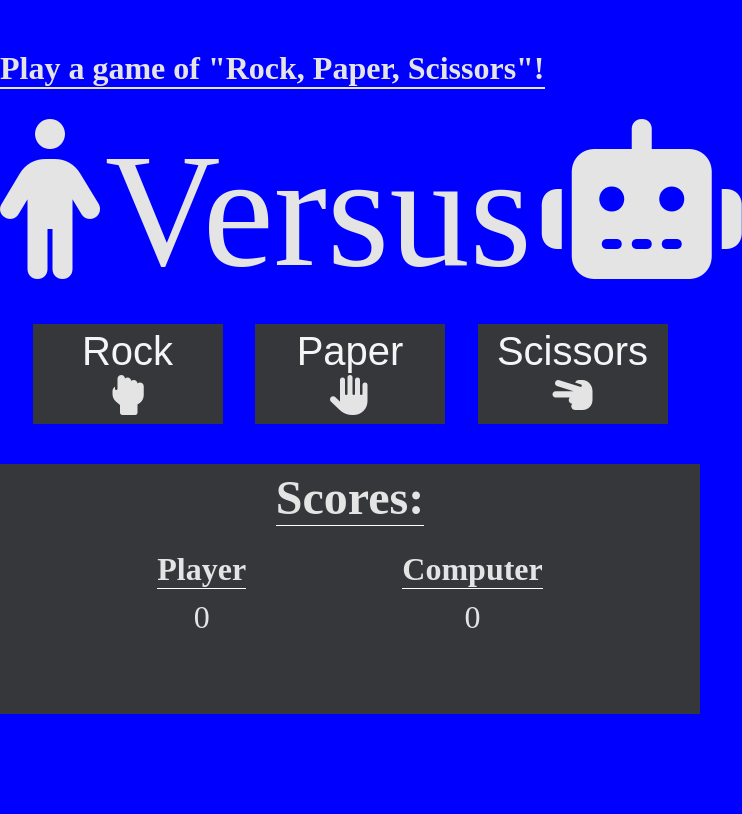
Repository: Pafestivo/rock-paper-scissors
Page: index.html
The author's editor kept a copy of each file at every save. The page is drawn from the files as they stood at one save, then again after the next save.
The browser window is 375 px wide. The page is 742 px wide, so the pictures cover 742 px, including what lies to the right of the window. The pictures show the whole page.
Some web libraries are served in a nearby version.

Above is the page before, as saved 2022-10-15 14:21:06.

### index.html
<!DOCTYPE html>
<html lang="en">
<head>
  <meta charset="UTF-8">
  <meta name="viewport" content="width=device-width, initial-scale=1.0">
  <link rel="stylesheet" href="styles.css">
  <script src="js-file.js" defer></script>
  <script src="https://kit.fontawesome.com/e2364af56b.js" crossorigin="anonymous"></script>
  <title>Rock, Paper, Scissors</title>
</head>
<body>

  <header>
    <h1>Play a game of "Rock, Paper, Scissors"!</h1>
  </header>
  <div id="versus">
    <i class="fa-solid fa-person"></i>
    <p>Versus</p>
    <i class="fa-solid fa-robot"></i>
  </div> <!-- /versus -->

  <div class="buttons">
    <button id="rock">
      Rock
      <i class="fa-solid fa-hand-back-fist"></i>
    </button>
    <button id="paper">
      Paper
      <i class="fa-solid fa-hand"></i>
    </button>
    <button id="scissors">
      Scissors
      <i class="fa-solid fa-hand-scissors"></i>
    </button>
  </div> <!-- /buttons -->


  <div id="results">

    <div class="scores">
      <h1 id="scores-header">Scores:</h1>
    </div> <!-- /scores -->

    <div class="columns">
      <div class="player">
        <h1 class="underline">Player</h1>
        <p id ="player-points" class="points">0</p>
      </div> <!-- /player-scores -->

      <div class="comp">
        <h1 class="underline">Computer</h1>
        <p id="computer-points" class="points">0</p>
      </div> <!-- /comp-scores -->
    </div><!-- /columns -->

  </div> <!-- /results -->

  <button id="play-again" class="hidden"><a href="https://pafestivo.github.io/rock-paper-scissors/">Play again</a></button>


</body>
</html>

### styles.css
* {
  margin: 0;
  padding: 0;
  box-sizing: border-box;
}

body {
  font-family: serif;
  background-image: url(images/background.jpg);
  color: rgb(228, 228, 228);
}

header {
  width: max-content;
  margin: 50px auto 30px auto;
  border-bottom: 2px solid rgb(228, 228, 228);
}

#versus {
  display: flex;
  width: 700px;
  font-size: 10rem;
  margin: 0 auto 20px auto;
  justify-content: space-evenly;
  color: rgb(228, 228, 228);
}

.fa-robot {
  margin-left: 10px;
  font-size: 10rem;
}

.fa-person {
  font-size: 10rem;
  margin-right: 5px;
}

.buttons {
  display: flex;
  width: 700px;
  margin: 0 auto;
  justify-content: space-evenly;
}

button {
  position: relative;
  width: 190px;
  height: 100px;
  background-color: #35373B;
  border: none;
  font-size: 40px;
  color: whitesmoke;
}

button .fa-solid {
  width: 100%;
  color: rgb(228, 228, 228);
}

button:hover {
  cursor: pointer;
  background-color: #56595f;
}

button:focus {
  background-color: #635656;
}

button:disabled:hover {
  cursor: not-allowed;
  background-color: #35373B;
}

.comp-choice {
  position: absolute;
  bottom: 5px;
  right: 10px;
  font-size: 20px;
  max-width: 20px;
}

.player-choice {
  position: absolute;
  bottom: 5px;
  left: 10px;
  font-size: 20px;
  max-width: 20px;
}

#results {
  margin: 40px auto 40px auto;
  width: 700px;
  height: 250px;
  padding: 1px;
  background-color: #35373B;
}

#scores-header {
  margin: 5px auto 25px auto;
  font-size: 3em;
  width: max-content;
  border-bottom: 1px solid white;
}

.columns {
  display: flex;
  justify-content: space-evenly;
  margin-bottom: 20px;
}

.round-result {
  margin-bottom: 15px;
  font-size: 2em;
  text-align: center;
  padding: 0;
}

.underline {
  width: max-content;
  border-bottom: 1px solid white;
}

.points {
  font-size: 2em;
  text-align: center;
  margin-top: 10px;
}

a {
  text-decoration: none;
  color: inherit;
}

#play-again {
  display: block;
  margin: 0 auto;
  font-size: 2rem;
  width: 200px;
  height: 60px;
}

.hidden {
  visibility: hidden;
}

@media only screen and (max-width: 600px) {
  body {
    background: blue;
  }
}

### js-file.js
let playerScore = 0;
let computerScore = 0;

const playerColumn = document.querySelector('.player');
const playerPoints = document.getElementById('player-points');

const computerColumn = document.querySelector('.comp');
const computerPoints = document.getElementById('computer-points');

//round logic
function playRound(playerSelection, computerSelection) {

  let log = ""


  if (
    (playerSelection === "Rock" && computerSelection === "Paper") ||
    (playerSelection === "Paper" && computerSelection === "Scissors") ||
    (playerSelection === "Scissors" && computerSelection === "Rock")
    ) {
    log = "You lost this round!"
    computerScore++
  }
  else if (
    (playerSelection === "Paper" && computerSelection === "Rock") ||
    (playerSelection === "Rock" && computerSelection === "Scissors") ||
    (playerSelection === "Scissors" && computerSelection === "Paper")
  ) {
    log = "You won this round!"
    playerScore++
  }
  else if (
    (playerSelection === computerSelection)
  ) {
    log = "This round ends in a draw!"
  }

  playerPoints.textContent = playerScore;

  computerPoints.textContent = computerScore;


  //finish the game at 5 points + show play again button
  const buttons = document.querySelectorAll('button');
  const playAgain = document.getElementById('play-again')
  if(playerScore === 5) {
    for(i = 0; i < buttons.length - 1; i++) {
      buttons[i].setAttribute("disabled", "disabled"); //disable buttons
      playAgain.classList.remove('hidden');
    }

    return "You won!";

  } else if (computerScore === 5) {
    for(i = 0; i < buttons.length - 1; i++) {
      buttons[i].setAttribute("disabled", "disabled");
      playAgain.classList.remove('hidden');
    }
    return "You lost!";
  }

  return log;
};

//variables to target the buttons
const rockChosen = document.querySelector('#rock');
const paperChosen = document.querySelector('#paper');
const scissorsChosen = document.querySelector('#scissors');


//computer selection
function getComputerChoice() {
  const possibleChoices = ["Rock", "Paper", "Scissors"];
  const randomize = Math.floor(Math.random() * possibleChoices.length);
  let selected = possibleChoices[randomize];

  if(document.querySelector('button #robot') != null) { //checks to see if robot icon already exists
    const robotIcon = document.getElementById('robot');
    const parent = document.getElementById('robot').parentElement;
    parent.removeChild(robotIcon); //remove the icon if it exists
  }

  if (selected === "Rock") {
    rockChosen.insertAdjacentHTML('beforeend', '<i id="robot" class="fa-solid fa-robot comp-choice"></i>'); //adds robot icon

  } else if (selected === "Paper") {
    paperChosen.insertAdjacentHTML('beforeend', '<i id="robot" class="fa-solid fa-robot comp-choice"></i>');

  } else if (selected === "Scissors") {
    scissorsChosen.insertAdjacentHTML('beforeend', '<i id="robot" class="fa-solid fa-robot comp-choice"></i>');
  }

  return selected;
};


//adding the round result paragraph to the page
const results = document.querySelector('#results');
const para = document.createElement('p');
para.classList.add('round-result');


//function for event listeners
function rockRound() {

  if(document.querySelector('button #human') != null) { //checks to see if human icon already exists
    const humanIcon = document.getElementById('human');
    const parent = document.getElementById('human').parentElement;
    parent.removeChild(humanIcon); //remove the icon if it exists
  }

  rockChosen.insertAdjacentHTML('beforeend', '<i id="human" class="fa-solid fa-person player-choice"></i>'); //adds human icon

  let computerSelection = getComputerChoice();

  let roundResult = playRound("Rock", computerSelection);

  para.textContent = roundResult;
  results.appendChild(para);
};

function paperRound() {
  let computerSelection = getComputerChoice();

  if(document.querySelector('button #human') != null) { //checks to see if human icon already exists
    const humanIcon = document.getElementById('human');
    const parent = document.getElementById('human').parentElement;
    parent.removeChild(humanIcon); //remove the icon if it exists
  }

  paperChosen.insertAdjacentHTML('beforeend', '<i id="human" class="fa-solid fa-person player-choice"></i>'); //adds human icon

  para.textContent = playRound("Paper", computerSelection);
  results.appendChild(para);
};

function scissorsRound() {
  let computerSelection = getComputerChoice();

  if(document.querySelector('button #human') != null) { //checks to see if human icon already exists
    const humanIcon = document.getElementById('human');
    const parent = document.getElementById('human').parentElement;
    parent.removeChild(humanIcon); //remove the icon if it exists
  }

  scissorsChosen.insertAdjacentHTML('beforeend', '<i id="human" class="fa-solid fa-person player-choice"></i>'); //adds human icon

  para.textContent = playRound("Scissors", computerSelection);
  results.appendChild(para);
};
//end of event listeners functions


//adding event listeners to each button
const rock = document.querySelector('#rock');
rock.addEventListener("click", rockRound);

const paper = document.querySelector('#paper');
paper.addEventListener("click", paperRound);

const scissors = document.querySelector('#scissors');
scissors.addEventListener("click", scissorsRound);

After the next save:
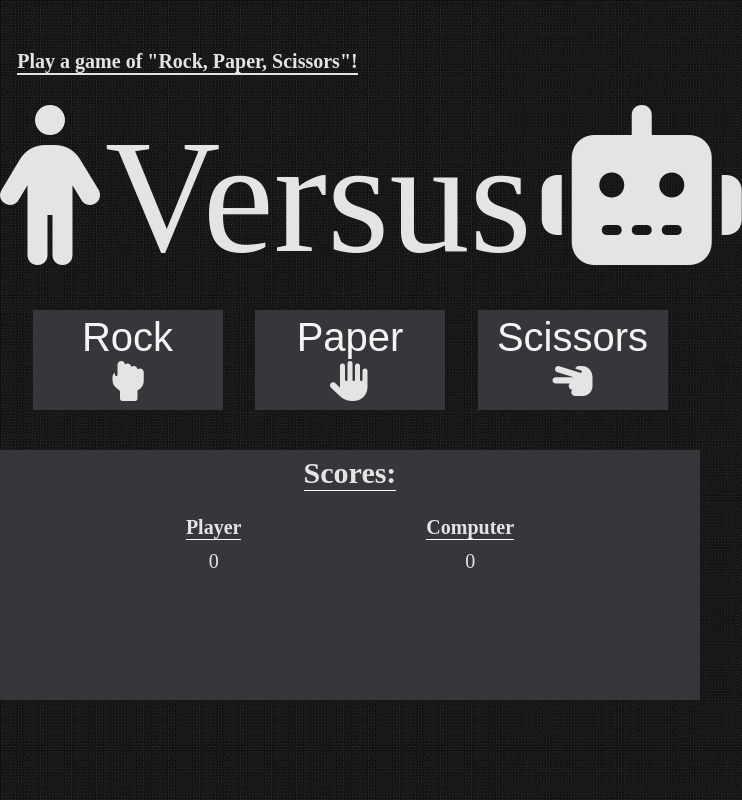
Saved 18 s later.
--- a/styles.css
+++ b/styles.css
@@ -145,6 +145,6 @@ a {
 
 @media only screen and (max-width: 600px) {
   body {
-    background: blue;
+    font-size: 10px;
   }
 }
